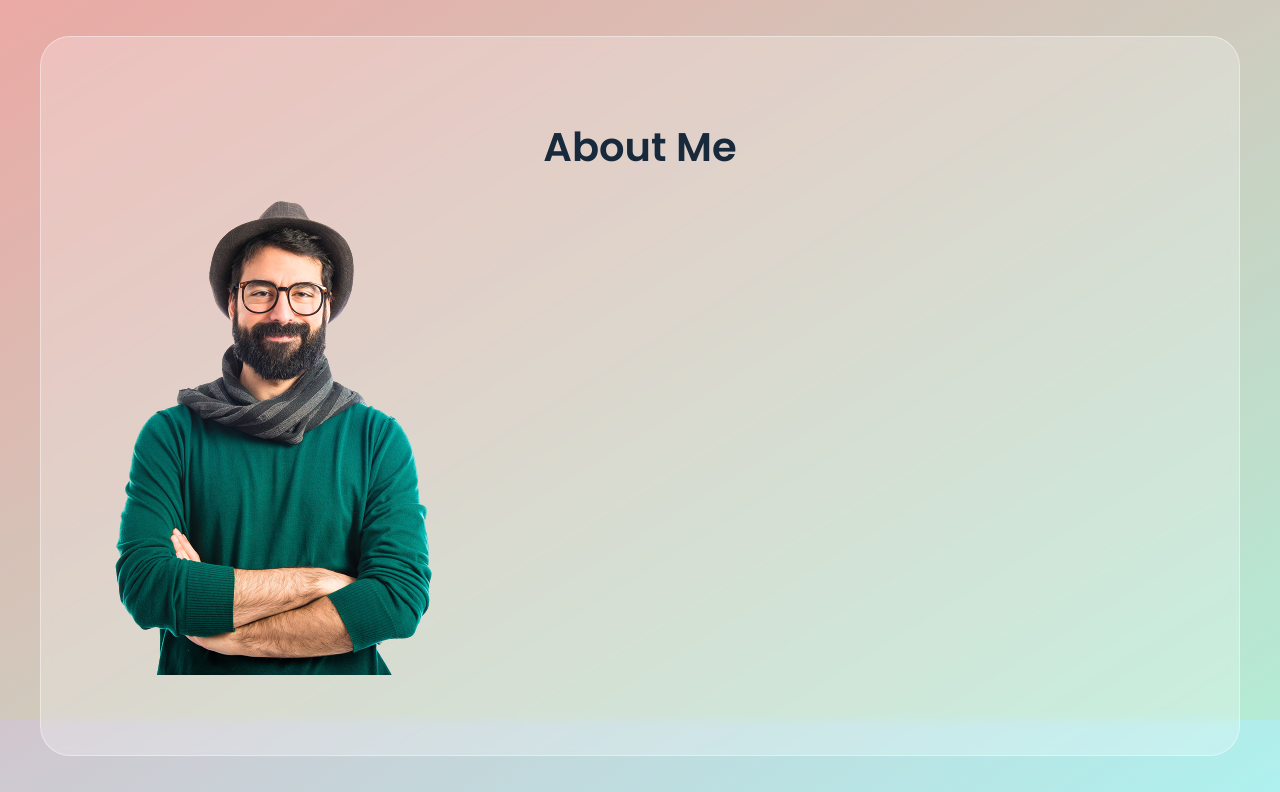
Repository: dewaary/Glassmorp-me
Page: index.html
An editor plug-in stored every save of this project. The page is shown before and after the next save, followed by the edit.
The browser window is 1280 px wide. The pictures show the whole page.

Above is the page before, as saved 2021-05-25 12:59:17.
Not found: js/script,js

After the next save:
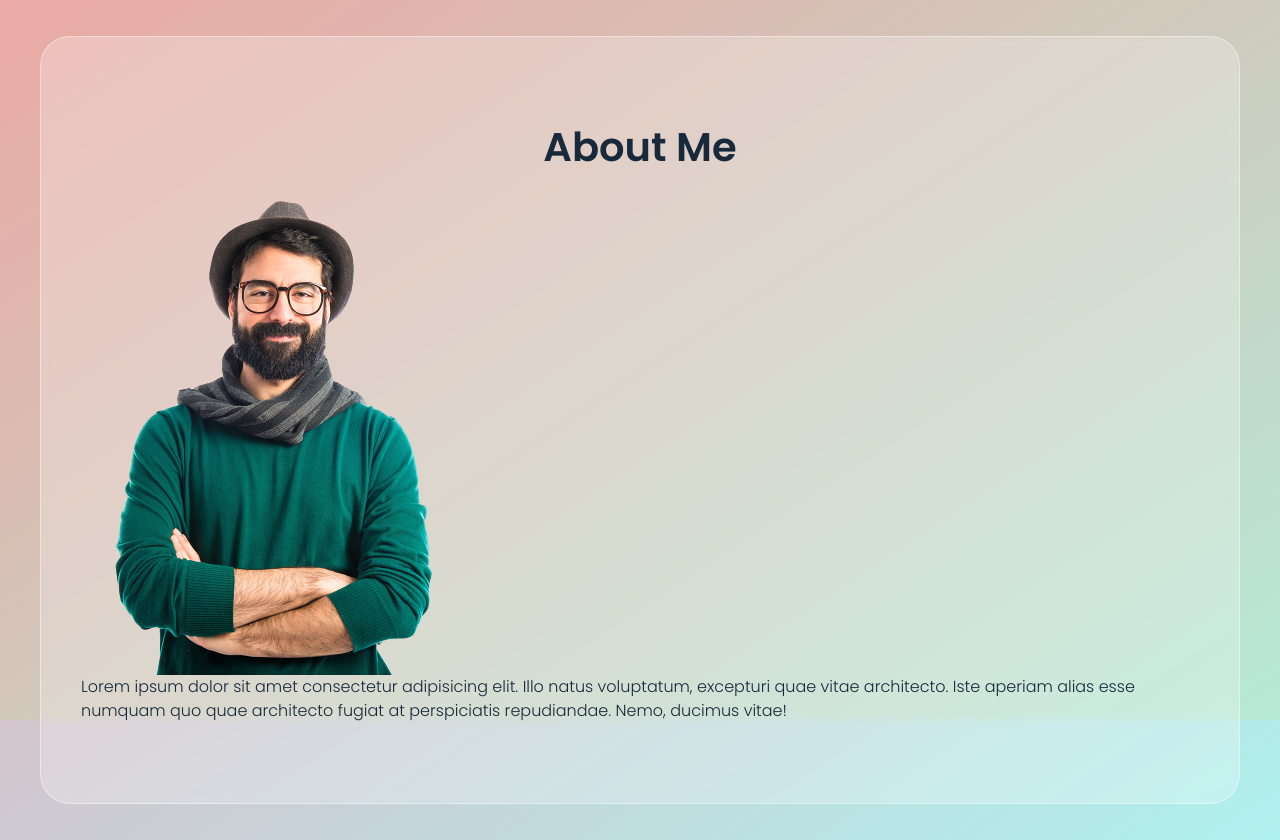
Saved 2 h 20 min later.
--- a/index.html
+++ b/index.html
@@ -45,7 +45,7 @@
                         </div>
                     </div>
                     <div class="about-text">
-
+                        <p>Lorem ipsum dolor sit amet consectetur adipisicing elit. Illo natus voluptatum, excepturi quae vitae architecto. Iste aperiam alias esse numquam quo quae architecto fugiat at perspiciatis repudiandae. Nemo, ducimus vitae!</p>
                     </div>
                 </div>
             </div>
